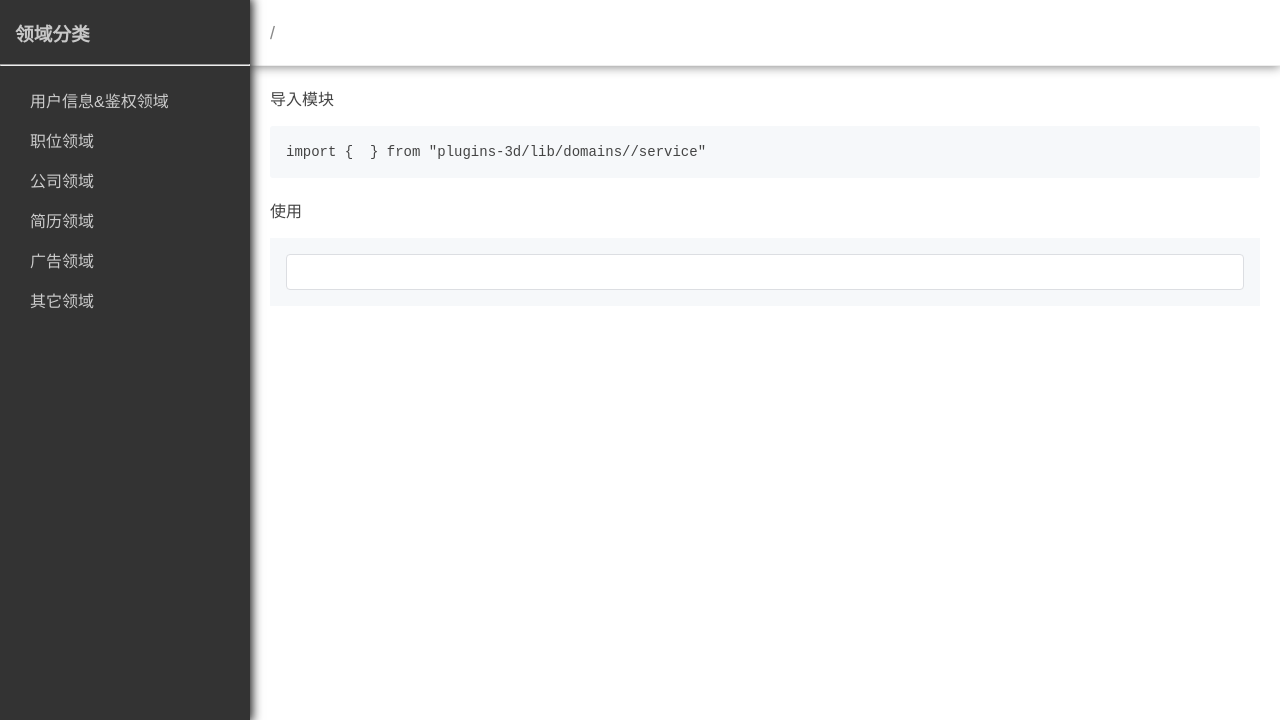
Repository: lsliangshan/inig-3d-doc
Page: /detail
These files come from the project's save history. The page is drawn as it stood at one moment and after the next save; the edit follows.
The browser window is 1280 px wide. The pictures show the whole page.
An inner scrolling area shows only its first screen. The project was rebuilt for these pictures with package versions that can differ from the ones it lists, and the page was loaded fresh each time. Also part of the build but not shown: vue.config.js, src/components/HelloWorld.vue, src/views/Home.vue, src/components/User.vue, src/components/Position.vue, src/components/Company.vue, src/components/Resume.vue, src/components/Ads.vue and 1 more. Imported but missing from the stored project, and not drawn on this page: ../plugins-3d/lib/domains/job/service, ../plugins-3d/lib/domains/user/service.

Above is the page before, as saved 2019-08-08 21:17:00.

After the next save:
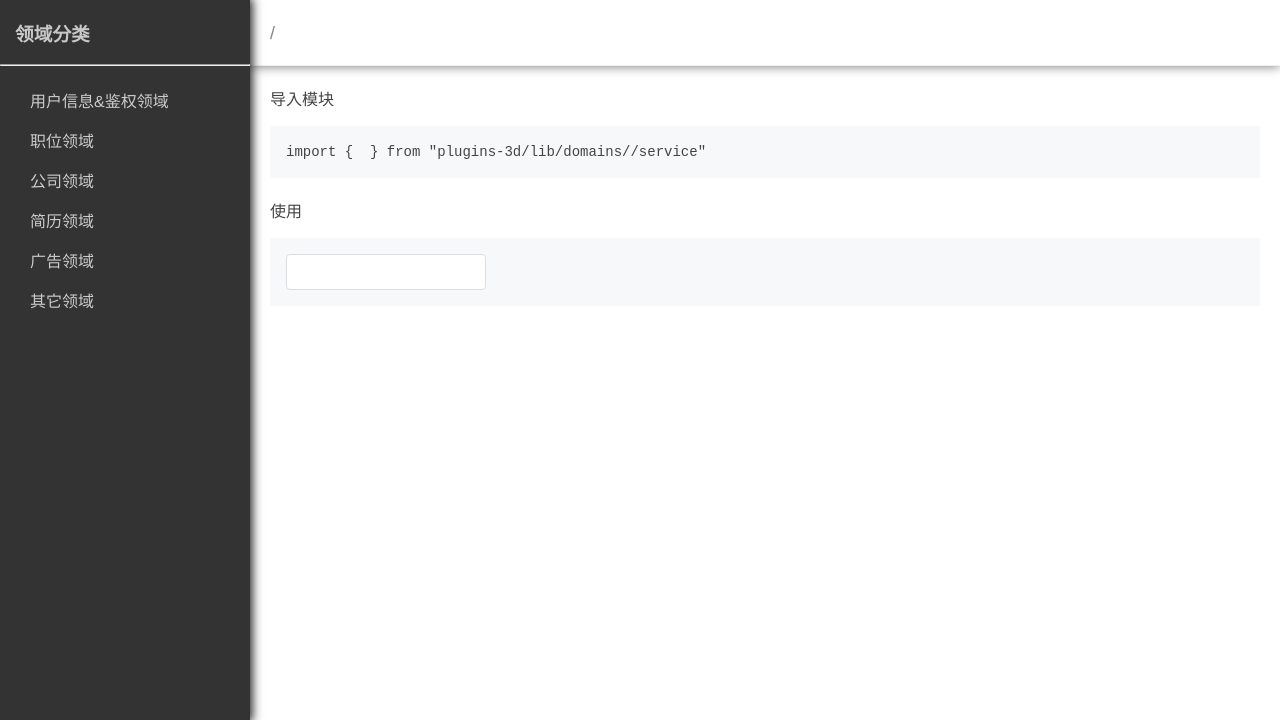
Saved 38 s later.
--- a/src/components/parts/DetailContent.vue
+++ b/src/components/parts/DetailContent.vue
@@ -94,7 +94,7 @@
   }
   .custom_input {
     display: inline-block;
-    width: 100%;
+    width: 200px;
     height: 36px;
     line-height: 1.5;
     padding: 4px 7px;
